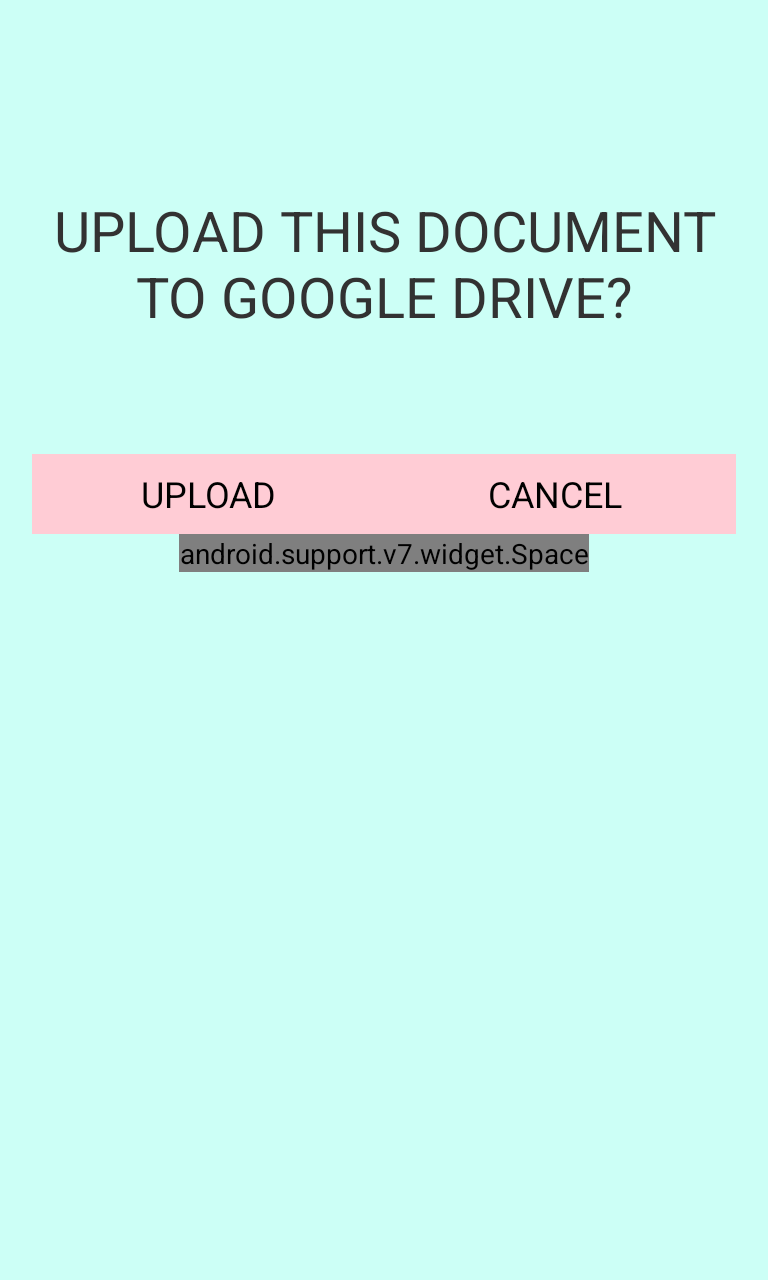
Repository: nick11roberts/Moka-Scanr
Layout: Document Uploader/res/layout/activity_preview.xml
These files come from the project's save history. The layout is drawn as it stood at one moment and after the next save; the edit follows.
Pictures or frames that could not be fetched are drawn as grey boxes. It is drawn on a 768 x 1280 px phone screen (xhdpi) without system bars, with theme android:Theme.Holo.Light.NoActionBar; the app's code is not run. The app's manifest (not shown) leaves right-to-left support off. So textAlignment, textDirection and layoutDirection are ignored, and left and right values win over start and end ones.

Above is the layout before, as saved 2014-05-31 00:53:14.

After the next save:
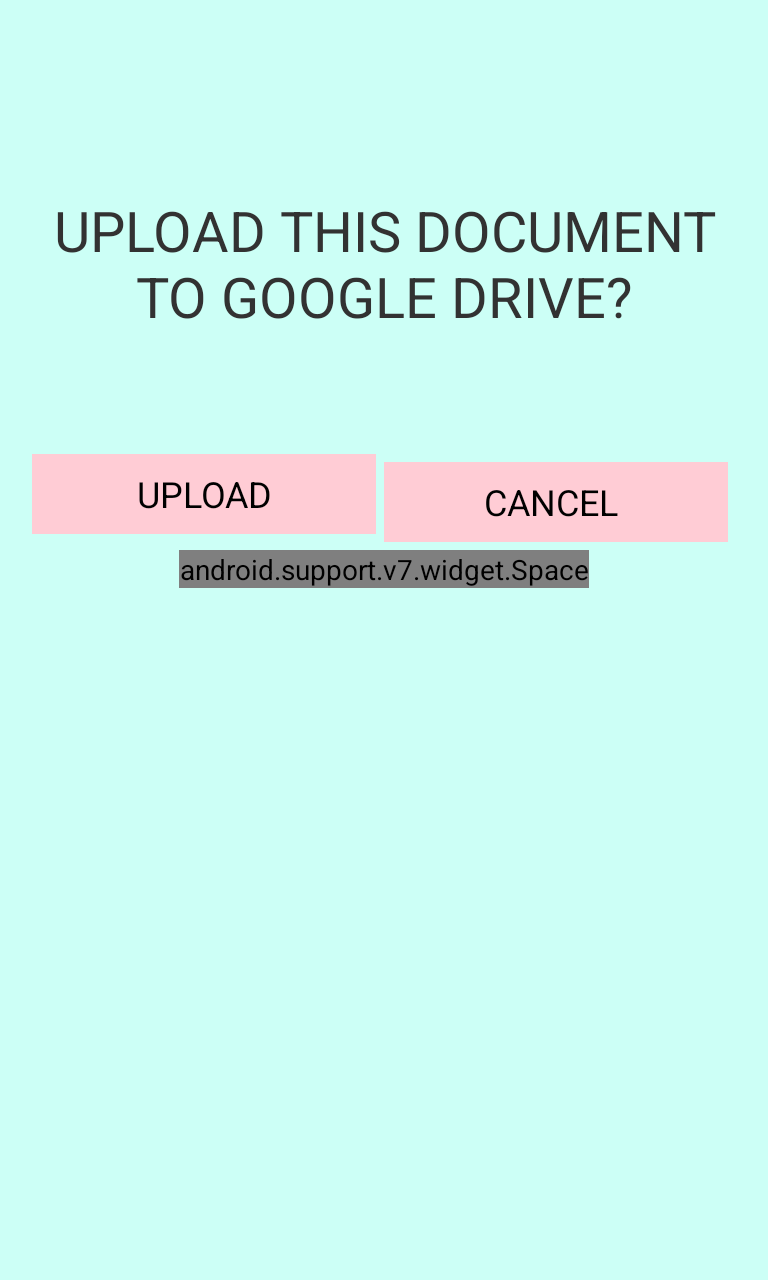
Saved 46 s later.
--- a/Document Uploader/res/layout/activity_preview.xml
+++ b/Document Uploader/res/layout/activity_preview.xml
@@ -50,7 +50,8 @@
             android:background="@color/button_color"
             android:paddingRight="5dp"
             android:text="@string/preview_button_cancel"
-            android:textAlignment="center" />
+            android:textAlignment="center"
+            android:layout_margin="4dip"/>
 
     </TableRow>
 
